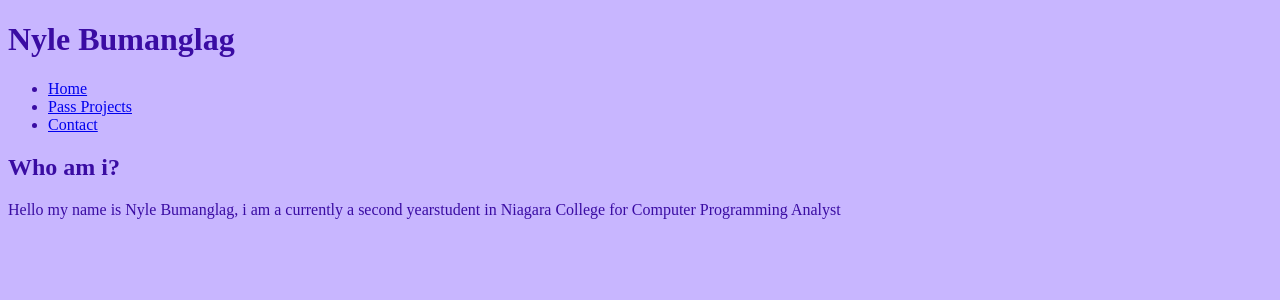
Repository: NyleNC/main
Page: index.html
An editor plug-in stored every save of this project. The page is shown before and after the next save, followed by the edit.
The browser window is 1280 px wide. The pictures show the whole page.

Above is the page before, as saved 2024-11-06 23:25:18.

### index.html
<!DOCTYPE html>
<html lang="en">
<head>
    <meta charset="UTF-8">
    <meta name="viewport" content="width=device-width, initial-scale=1.0">
    <title>Nyle Bumanglag</title>
    <link rel="stylesheet" href="style.css">
</head>
<header><h1>Nyle Bumanglag</h1>
    <nav>
        <ul>
            <li><a href="index.html">Home</a></li>
            <li><a href="projects.html">Pass Projects</a></li>
            <li><a href="Contact.html">Contact</a></li>
        </ul>
    </nav>

</header>
<body>
    <h2>Who am i?</h2>
    <p>Hello my name is Nyle Bumanglag, i am a currently a second yearstudent in Niagara College for Computer Programming Analyst</p>

</body>
</html>

### style.css
body{
    background: #c8b6ff;
    color: #3a0ca3;
}

#header {
    display: -moz-flex;
    display: -webkit-flex;
    display: -ms-flex;
    display: flex;
    background-color: #5e42a6;
    cursor: default;
    padding: 1.75em 2em;
}

    #header > .title {
        border: 0;
        color: #ffffff;
        display: block;
        font-size: 1.25em;
        font-weight: bold;
    }

    #header > nav {
        -moz-flex: 1;
        -webkit-flex: 1;
        -ms-flex: 1;
        flex: 1;
        text-align: right;
    }

        #header > nav > ul {
            margin: 0;
            padding: 0;
        }

            #header > nav > ul > li {
                display: inline-block;
                margin-left: 1.75em;
                padding: 0;
                vertical-align: middle;
            }

                #header > nav > ul > li:first-child {
                    margin-left: 0;
                }

                #header > nav > ul > li a {
                    border: 0;
                    color: rgba(255, 255, 255, 0.35);
                    display: inline-block;
                    font-size: 0.6em;
                    font-weight: bold;
                    letter-spacing: 0.25em;
                    text-transform: uppercase;
                }

                    #header > nav > ul > li a:hover {
                        color: rgba(255, 255, 255, 0.55);
                    }

                    #header > nav > ul > li a.active {
                        color: #ffffff;
                    }

After the next save:
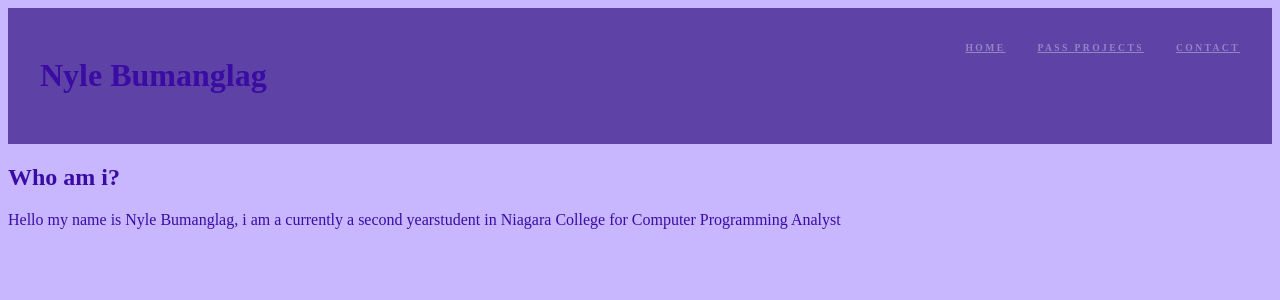
Saved 7 s later.
--- a/index.html
+++ b/index.html
@@ -6,7 +6,7 @@
     <title>Nyle Bumanglag</title>
     <link rel="stylesheet" href="style.css">
 </head>
-<header><h1>Nyle Bumanglag</h1>
+<header id="header"><h1>Nyle Bumanglag</h1>
     <nav>
         <ul>
             <li><a href="index.html">Home</a></li>
